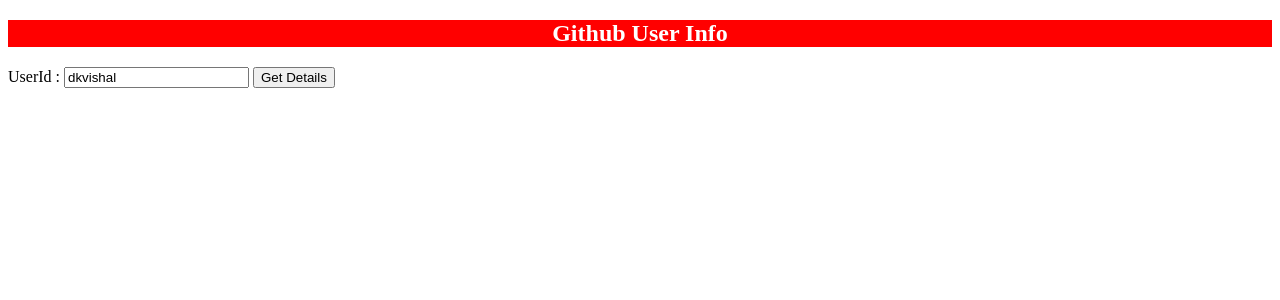
Repository: KrishnaDV/Angular_SPA
Page: Angular/WebContent/GitHubUserInfo.html
These files come from the project's save history. The page is drawn as it stood at one moment and after the next save; the edit follows.
The browser window is 1280 px wide. The pictures show the whole page.
Some web libraries are served in a nearby version.

Above is the page before, as saved 2017-05-12 01:33:49.

### Angular/WebContent/GitHubUserInfo.html
<!DOCTYPE html PUBLIC "-//W3C//DTD HTML 4.01 Transitional//EN" "http://www.w3.org/TR/html4/loose.dtd">
<html>
<head>
<meta http-equiv="Content-Type" content="text/html; charset=ISO-8859-1">
<title>User Info</title>
<script
	src="https://ajax.googleapis.com/ajax/libs/angularjs/1.3.3/angular.min.js"></script>
<script type="text/javascript" src="js/anggit.js"></script>
<style>
h2 {
	text-align: center;
	background-color: red;
	color: white
}

;
.myimage {
	width: 30px;
	height: 30px
}

;
.main {
	margin: auto;
       position: absolute;
       top: 0;
       left: 0;
       bottom: 0;
       right: 0;
}
</style>
</head>
<body ng-app="git">
	<h2>Github User Info</h2>
	<div ng-controller="ctrl" class="main">
		<p />
		UserId : <input type="text" ng-model="userid" />
		<button ng-click="getDetails()">Get Details</button>
		<p />

		<div ng-show="!error">
			<h3>
				{{login}}
				</h2>
				<h3>{{location}}</h3>
				<h3>{{created}}</h3>
				<img ng-src="{{imageurl}}" class="myimage" />
		</div>

		<div ng-show="error">Error : {{result}}</div>

	</div>
</body>
</html>

### Angular/WebContent/js/anggit.js
var app = angular.module("git", []);

var ctrl = function ($scope, $http) {

    $scope.userid = "dkvishal";

    $scope.error = false;

    var onSuccess = function (response) {
        $scope.login = response.data.login;
        $scope.imageurl = response.data.avatar_url;
        $scope.created = response.data.created_at;
        $scope.location = response.data.location;
        $scope.error = false;
    };

    var onError = function (error) {
        $scope.error = true;
        if (error.status == 404)
            $scope.result = "Sorry! User not found!";
        else
            $scope.result = "Sorry! Error : " + error.statusText;

    };

    $scope.getDetails = function () {
        $http.get("https://api.github.com/users/" + $scope.userid)
             .then(onSuccess, onError);
    }
};

app.controller("ctrl", ["$scope", "$http", ctrl]);

After the next save:
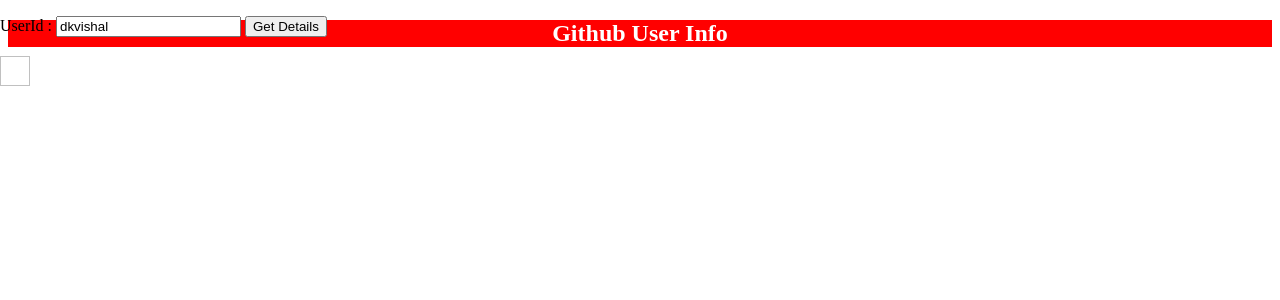
Saved 2 min 35 s later.
--- a/Angular/WebContent/GitHubUserInfo.html
+++ b/Angular/WebContent/GitHubUserInfo.html
@@ -13,13 +13,11 @@
 	color: white
 }
 
-;
 .myimage {
 	width: 30px;
 	height: 30px
 }
 
-;
 .main {
 	margin: auto;
        position: absolute;

After the save that followed:
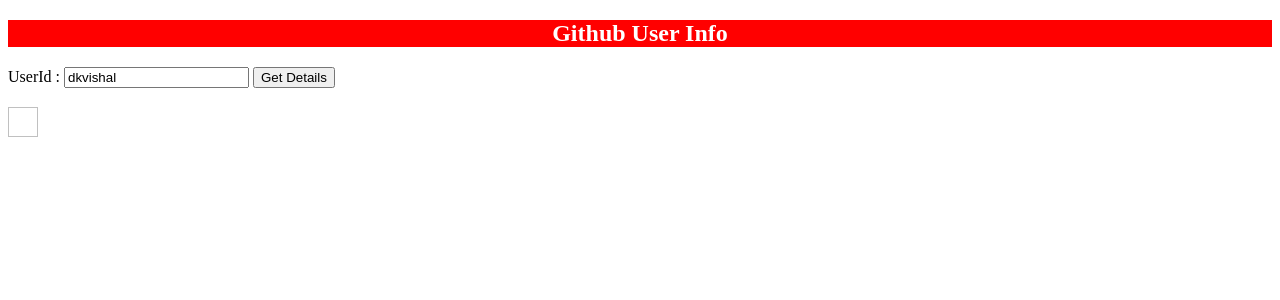
Saved 14 s later.
--- a/Angular/WebContent/GitHubUserInfo.html
+++ b/Angular/WebContent/GitHubUserInfo.html
@@ -19,12 +19,7 @@
 }
 
 .main {
-	margin: auto;
-       position: absolute;
-       top: 0;
-       left: 0;
-       bottom: 0;
-       right: 0;
+
 }
 </style>
 </head>
